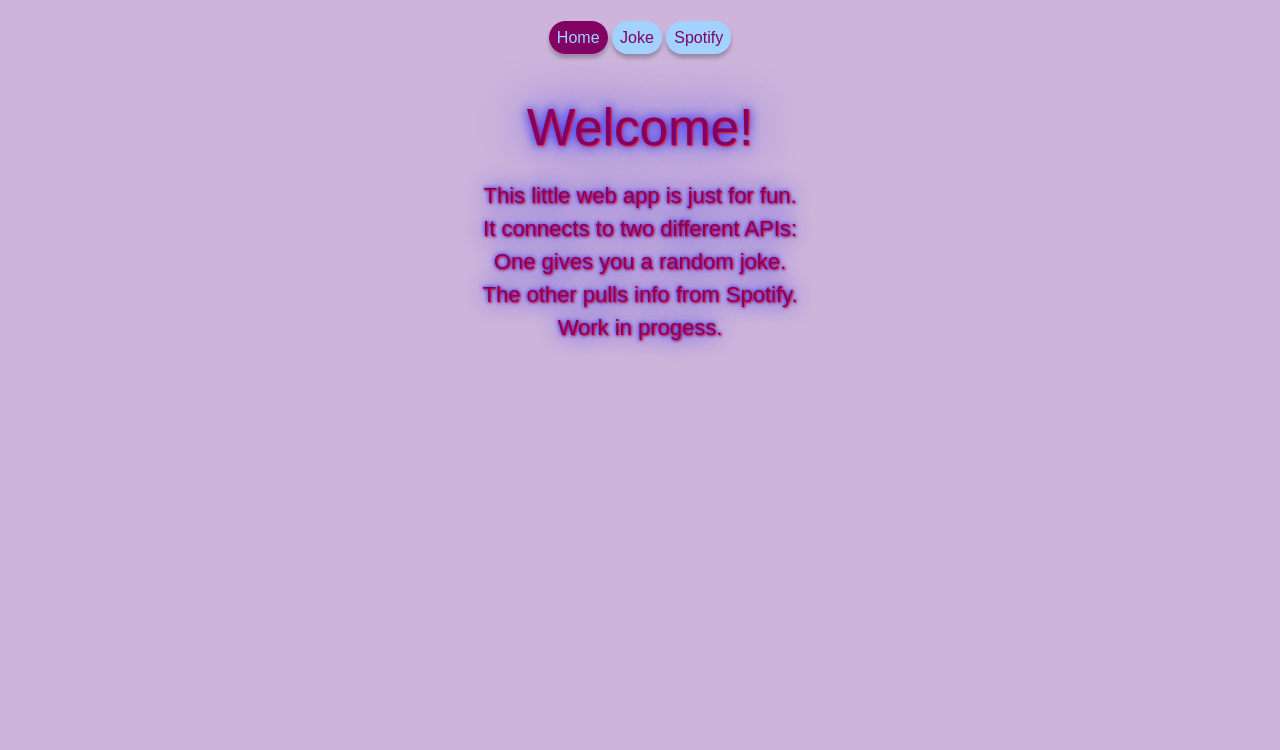
Repository: rosieomusic/spotify-react
Page: /
An editor plug-in stored every save of this project. The page is shown before and after the next save, followed by the edit.
The browser window is 1280 px wide. The pictures show the whole page.
The page's requests for data from a server got no answer. Some web fonts or font styles are not loaded; a fallback is used. The project was rebuilt for these pictures with package versions that can differ from the ones it lists, and the page was loaded fresh each time. No one was signed in, and anything a server would have sent is missing. Also part of the build but not shown: vite.config.js, src/services/SpotifyService.js, src/components/AlbumComponent.jsx, src/pages/SpotifyPage.jsx, src/services/JokeService.js, src/pages/JokePage.jsx.

Above is the page before, as saved 2025-05-23 00:02:00.

### index.html
<!DOCTYPE html>
<html lang="en">
	<head>
		<meta charset="UTF-8" />

		<meta
			name="viewport"
			content="width=device-width, initial-scale=1.0"
		/>
		<link
			rel="preconnect"
			href="https://fonts.googleapis.com"
		/>
		<link
			rel="preconnect"
			href="https://fonts.gstatic.com"
			crossorigin
		/>
		<link
			href="https://fonts.googleapis.com/css2?family=Jersey+10&display=swap"
			rel="stylesheet"
		/>
		<title>Joke and Spotify API</title>
	</head>
	<body>
		<div id="root"></div>
		<script
			type="module"
			src="/src/main.jsx"
		></script>
	</body>
</html>

### src/index.css
:root {
	font-family: system-ui, Avenir, Helvetica, Arial, sans-serif;
	line-height: 1.5;
	font-weight: 400;
	color: black;
	background-color: white;
	font-synthesis: none;
	text-rendering: optimizeLegibility;
	-webkit-font-smoothing: antialiased;
	-moz-osx-font-smoothing: grayscale;
}

h1 {
	font-size: 3.2em;
	line-height: 1.1;
}

### src/App.jsx
import './App.css';
import { HashRouter, Routes, Route, NavLink } from 'react-router-dom';

import HomePage from './pages/HomePage';
import SpotifyPage from './pages/SpotifyPage';
import JokePage from './pages/JokePage';

function App() {
	return (
		<HashRouter>
			<div id='app-container'>
				<nav>
					<NavLink
						to='/'
						className={({ isActive }) =>
							isActive ? 'nav-link active' : 'nav-link'
						}
					>
						Home
					</NavLink>{' '}
					<NavLink
						to='/joke'
						className={({ isActive }) =>
							isActive ? 'nav-link active' : 'nav-link'
						}
					>
						Joke
					</NavLink>{' '}
					<NavLink
						to='/spotify'
						className={({ isActive }) =>
							isActive ? 'nav-link active' : 'nav-link'
						}
					>
						Spotify
					</NavLink>
				</nav>

				<main>
					<Routes>
						<Route
							path='/'
							element={<HomePage />}
						/>
						<Route
							path='/joke'
							element={<JokePage />}
						/>
						<Route
							path='/spotify'
							element={<SpotifyPage />}
						/>
					</Routes>
				</main>
			</div>
		</HashRouter>
	);
}

export default App;

### src/App.css
html,
body {
	margin: 0;
	padding: 0;
	background-color: #cdb4db;
	box-sizing: border-box;
	font-family: 'Jersey 10', sans-serif;
	color: #820263;
	margin-bottom: 20px;
	padding-inline-start: 0;
	word-wrap: break-word;
	overflow-wrap: break-word;
}
body {
	margin-top: 10px;
	overflow-x: hidden;
}
:root {
	background-color: #cdb4db;
	margin: 0;
}
#root {
	width: 100%;
	height: 100%;
	margin: 0 auto;
	display: flex;
	justify-content: center;
	align-items: center;
	text-align: center;
	background-color: #cdb4db;
}
.spotify-wrapper {
	width: 100%;
	min-width: 100vw;
	min-height: 100vh;
	background-color: #cdb4db;
	display: flex;
	justify-content: center;
	align-items: flex-start;
}
#jokes {
	border: 5px dotted #820263;
	padding: 20px;
	box-sizing: border-box;
	margin: 20px;
}

#app-container {
	display: flex;
	flex-direction: column;
	min-height: 100vh;
	flex-grow: 1;
}
.spotify-page {
	flex-grow: 1;
	height: 100%;
	width: 100%;
	display: flex;
	flex-direction: column;
	align-items: center;
	background-color: #cdb4db;
	padding-bottom: 4rem;
}

button {
	font-family: 'Jersey 10', sans-serif;
	background-color: #a2d2ff;
	border: none;
	margin-top: 20px;
	transition: box-shadow 200ms ease-in-out, transform 200ms ease-in-out;
	box-shadow: 0 4px 4px rgba(0, 0, 0, 0.25);
	cursor: pointer;
	outline: none;
	transition: border-color 0.25s;
	transform: scale(1);
	transform-origin: center;
	padding: 0.6em 1.2em;
	font-size: 1.1em;
	font-weight: 500;
	border-radius: 30px;
	color: #820263;
	margin-bottom: 20px;
}
button:focus {
	border: none;
	outline: none;
}
button:hover {
	transform: scale(1.05);
	box-shadow: 0 2x 2px rgba(0, 0, 0, 0.25);
}
h1,
p {
	font-weight: 100;
	justify-self: center;
	text-align: center;
	align-self: center;
	margin-bottom: 20px;
	text-shadow: 1px 1px 2px red, 0 0 1em blue, 0 0 0.2em blue;
}
li {
	list-style-type: none;
	line-height: normal;
	white-space: normal;
	word-break: break-word;

	margin-top: 0;
}
h2 {
	font-size: 2em;
	text-align: center;
	padding-left: 1em;
	padding-right: 1em;
}
p {
	font-size: 22px;
}
h3 {
	font-size: 2em;
	padding: 0;
	margin: 0;
}
label {
	font-size: 1.5em;
}
#track {
	margin: 3px;
}

nav {
	text-align: center;
	margin-top: 1rem;
}

.info {
	text-align: left;
	font-size: 40px;
	line-height: normal;
	display: block;
}
.bandImg {
	width: 100%;
	display: block;
	max-width: 100%;
	border-radius: 70%;
	padding: 1em;
}
.bandImg,
.albumImg {
	margin: 0 auto;

	height: auto;
}

.albumImg {
	width: 100%;
	max-width: 100%;
	display: block;
}
a {
	text-decoration: none;
	color: #820263;
	background-color: #a2d2ff;
	border-radius: 30px;
	padding: 0.5em;
	box-shadow: 0 4px 4px rgba(0, 0, 0, 0.25);
}
.link {
	background-color: #cdb4db;
}
.nav-link.active {
	text-decoration: none;
	color: #a2d2ff;
	background-color: #820263;
}
.nav-link:hover {
	text-decoration: none;
	color: #a2d2ff;
	background-color: #820263;
}
main {
	display: flex;
	flex-direction: column;
	justify-content: center;
	align-items: center;
	text-align: center;
	height: 100%;
	box-sizing: border-box;

	padding-top: 1rem;
}
input {
	margin-top: 10px;
	border: none;
	padding: 0.5em;
	border-radius: 30px;
	font-family: 'Jersey 10', sans-serif;
	font-size: 18px;
	font-weight: 100;
	color: #645394;
	box-shadow: 0 4px 4px rgba(0, 0, 0, 0.25);
}
input:focus {
	border: none;
	outline: none;
}
footer {
	background-color: #cdb4db;
	border: 1px solid #820263;
	border-left: none;
	border-right: none;
}
ol {
	margin: 20px;
	font-size: 28px;
	font-weight: 400;
	text-align: left;
	padding-left: 0;
	height: auto;
}
#track-link {
	background-color: #cdb4db;
	cursor: pointer;
	overflow: hidden;
}
.top-tracks {
	border: 5px dotted #820263;

	justify-self: center;
}
a#track-link {
	padding: 0;
	margin: 0;
}
p#track:hover {
	color: white;
}
@media screen and (max-width: 768px) {
	.bandImg {
		max-width: 90%;
	}
	.albumImg {
		max-width: 90%;
	}
	h2 {
		font-size: 1em;
	}
	.info {
		font-size: 2em;
	}
	ol {
		word-wrap: break-word;
	}
	li {
		font-size: 1em;
		word-break: break-word;
		white-space: normal;
	}
}

### src/pages/HomePage.jsx
import React from 'react';

export default function HomePage() {
	return (
		<div>
			<h1>Welcome!</h1>
			<p>
				This little web app is just for fun. <br />
				It connects to two different APIs: <br />
				One gives you a random joke.
				<br />
				The other pulls info from Spotify.
				<br />
				Work in progess.
			</p>
		</div>
	);
}

Loaded but not shown: src/main.jsx (common file)

After the next save:
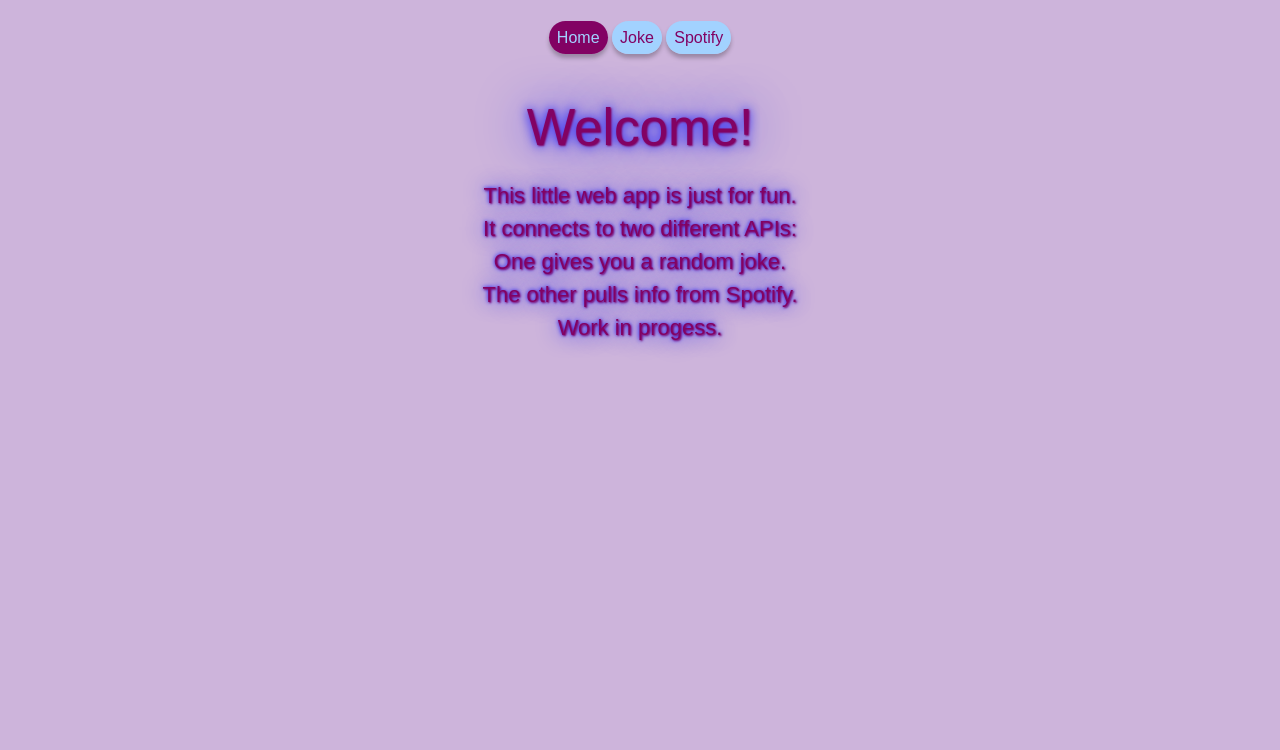
Saved 22 s later.
--- a/src/App.css
+++ b/src/App.css
@@ -96,7 +96,7 @@ p {
 	text-align: center;
 	align-self: center;
 	margin-bottom: 20px;
-	text-shadow: 1px 1px 2px red, 0 0 1em blue, 0 0 0.2em blue;
+	text-shadow: 1px 1px 2px #820263, 0 0 1em blue, 0 0 0.2em blue;
 }
 li {
 	list-style-type: none;
